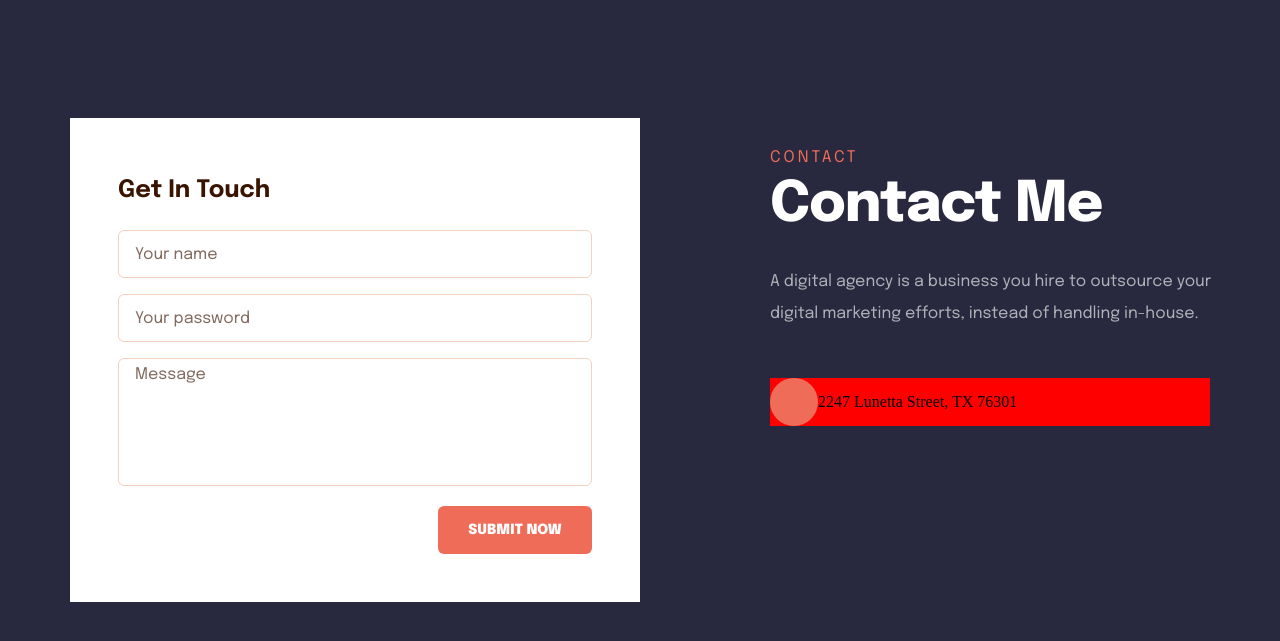
Repository: SabrinaSeydaliyeva/Task-17
Page: pages/contactPage/index.html
The author's editor kept a copy of each file at every save. The page is drawn from the files as they stood at one save, then again after the next save.
The browser window is 1280 px wide. The pictures show the whole page.
The style sheet was rebuilt from its Sass, Less or Tailwind sources for each picture, by a compiler version that may differ from the author's.

Above is the page before, as saved 2023-09-06 15:58:35.

### pages/contactPage/index.html
<!DOCTYPE html>
<html lang="en">
<head>
    <meta charset="UTF-8">
    <meta http-equiv="X-UA-Compatible" content="IE=edge">
    <meta name="viewport" content="width=device-width, initial-scale=1.0">
    <title>Document</title>
    <link rel="stylesheet" href="../../assets/css/reset.css">
    <link rel="stylesheet" href="index.css">
</head>
<body>
    <div class="container">
        <div class="left-container">
            <span>Get In Touch</span>

            <form action="">
                <label for="">
                    <input type="text" placeholder="Your name">
                </label>

                <label for="">
                    <input type="password" placeholder="Your password">
                </label>

                <label for="">
                    <textarea placeholder="Message"  name=""></textarea>

                </label>
                <button>Submit Now</button>

            </form>

        </div>


        <div class="right-container">
            <span>Contact</span>
            <h1>Contact Me</h1>
            <p class="p-1">A digital agency is a business you hire to outsource your digital marketing efforts, instead of handling in-house.</p>

            <ul>
                <li>
                <div class="circle">
                    <!-- <svg xmlns="http://www.w3.org/2000/svg" width="23" height="24" viewBox="0 0 23 24" fill="none">
                        <path fill-rule="evenodd" clip-rule="evenodd" d="M12.5128 23.9559C18.4476 23.4434 22.9991 18.5852 23 12.7619C22.9992 7.68681 19.5202 3.24133 14.5089 1.91219C14.6419 1.45966 14.5495 0.972375 14.2595 0.596433C13.9696 0.220491 13.5157 -0.000396111 13.034 0H9.9675C9.4858 -0.000396111 9.03192 0.220491 8.74193 0.596433C8.45195 0.972375 8.35958 1.45966 8.49253 1.91219C2.74205 3.43556 -0.865618 8.99957 0.179927 14.7325C1.22547 20.4654 6.57793 24.4683 12.5128 23.9559ZM17.4618 6.91176L17.465 6.90994L17.462 6.91144L17.4618 6.91176ZM17.4618 6.91176L9.87551 11.1479L5.53646 18.5674L13.126 14.3294L17.4618 6.91176Z" fill="white"/>
                        </svg> -->
                </div>
                <p>2247 Lunetta Street, TX 76301</p>
                </li>
            </ul>
        </div>

    </div>
</body>
<script src="./index.js"></script>
</html>

### assets/css/reset.scss
*{
    margin: 0;
    padding: 0;
    box-sizing: border-box;
}
a{
    text-decoration: none;
}
button{
    border: none;
}

### pages/contactPage/index.scss
@import url("https://fonts.googleapis.com/css2?family=Epilogue:wght@400;700;800;900&display=swap");

.container {
  width: 100%;
  min-height: 100vh;
  background-color: #28293e;
  display: flex;
  justify-content: center;
  align-items: center;

  .left-container {
    padding: 57px 48px 48px 48px;
    width: 570px;
    background-color: white;

    span {
      display: block;
      margin-bottom: 23px;
      color: var(--Text_Dark, #391400);
      font-feature-settings: "clig" off, "liga" off;
      font-family: Epilogue;
      font-size: 24px;
      font-style: normal;
      font-weight: 700;
      line-height: 32px;
    }
    form {
      input {
        margin-bottom: 16px;
        width: 100%;
        height: 48px;
        padding: 0 16px;
        border-radius: 6px;
        border: 1px solid #f3d1bf;
        background: #fff;
        &::placeholder {
          color: var(--Text_Dark_Gray, rgba(57, 20, 0, 0.64));
          font-feature-settings: "clig" off, "liga" off;
          font-family: Epilogue;
          font-size: 16px;
          font-style: normal;
          font-weight: 400;
          line-height: 32px;
        }
      }

      textarea {
        margin-bottom: 16px;
        width: 100%;
        height: 128px;
        padding: 0 16px;
        border-radius: 6px;
        border: 1px solid #f3d1bf;
        background: #fff;
        resize: none;
        &::placeholder {
          color: var(--Text_Dark_Gray, rgba(57, 20, 0, 0.64));
          font-feature-settings: "clig" off, "liga" off;
          font-family: Epilogue;
          font-size: 16px;
          font-style: normal;
          font-weight: 400;
          line-height: 32px;
        }
      }

      button {
        width: 154px;
        height: 48px;
        margin-left: auto;
        display: block;
        border-radius: 6px;
        background: #ef6d58;
        color: #fff;
        text-align: center;
        font-family: Epilogue;
        font-size: 14px;
        font-style: normal;
        font-weight: 900;
        line-height: normal;
        text-transform: uppercase;
      }
    }
  }

  .right-container {
    padding: 30px 0px 48px 130px;
    width: 570px;
    height: 496px;

    span {
      margin-bottom: 20px;
      color: var(--Text_Light_Accent, #ef6d58);
      font-feature-settings: "clig" off, "liga" off;
      font-family: Epilogue;
      font-size: 16px;
      font-style: normal;
      font-weight: 400;
      line-height: 32px;
      letter-spacing: 3px;
      text-transform: uppercase;
    }

    h1 {
      margin-bottom: 28px;
      color: var(--Text_Light, #fff);
      font-feature-settings: "clig" off, "liga" off;
      font-family: Epilogue;
      font-size: 56px;
      font-style: normal;
      font-weight: 800;
      line-height: 64px;
      letter-spacing: -1px;
    }

    .p-1 {
      margin-bottom: 45px;
      width: 470px;
      height: 67px;
      flex-shrink: 0;
      color: var(--Text_Light_Gray, rgba(255, 255, 255, 0.64));
      font-feature-settings: "clig" off, "liga" off;
      font-family: Epilogue;
      font-size: 16px;
      font-style: normal;
      font-weight: 400;
      line-height: 32px;
    }

    ul {
      li {
        list-style-type: none;
        display: flex;
        align-items: center;
        background-color: red;
        .circle {
          width: 48px;
          height: 48px;
          border-radius: 50%;
          background-color: #ef6d58;
          display: flex;
          justify-content: center;
          align-items: center;
        }
      }
    }
  }
}

Loaded but not shown: pages/contactPage/index.js (no copy from this time; the picture is the same without it)

After the next save:
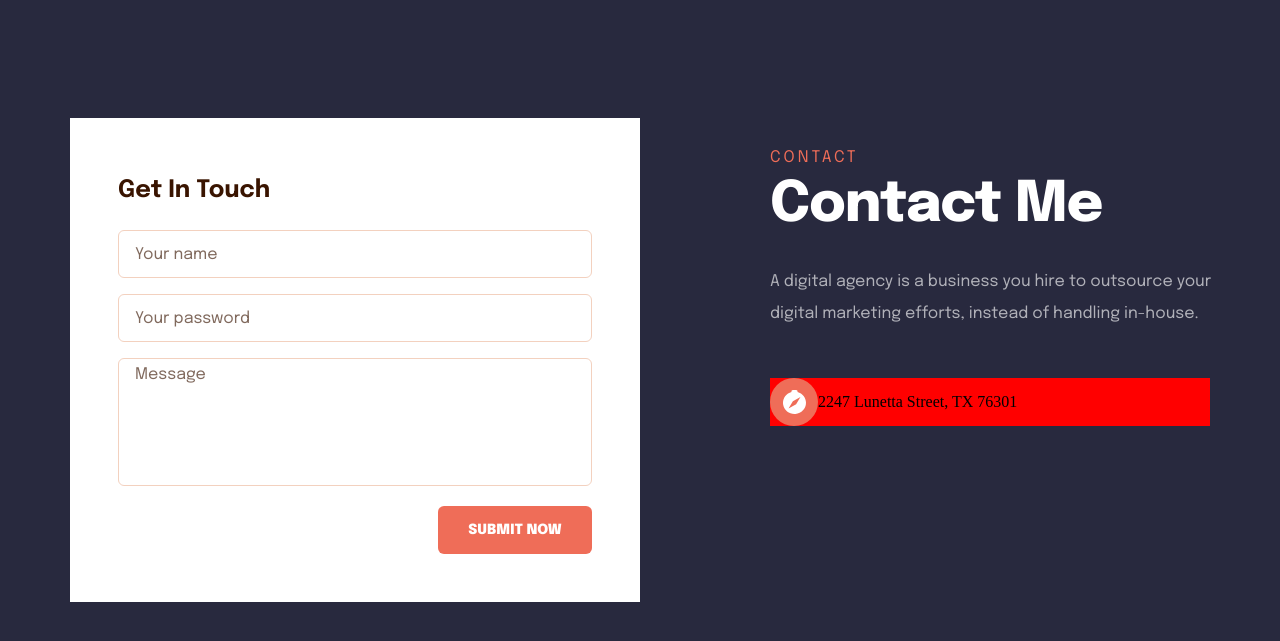
Saved 4 s later.
--- a/pages/contactPage/index.html
+++ b/pages/contactPage/index.html
@@ -41,9 +41,9 @@
             <ul>
                 <li>
                 <div class="circle">
-                    <!-- <svg xmlns="http://www.w3.org/2000/svg" width="23" height="24" viewBox="0 0 23 24" fill="none">
+                    <svg xmlns="http://www.w3.org/2000/svg" width="23" height="24" viewBox="0 0 23 24" fill="none">
                         <path fill-rule="evenodd" clip-rule="evenodd" d="M12.5128 23.9559C18.4476 23.4434 22.9991 18.5852 23 12.7619C22.9992 7.68681 19.5202 3.24133 14.5089 1.91219C14.6419 1.45966 14.5495 0.972375 14.2595 0.596433C13.9696 0.220491 13.5157 -0.000396111 13.034 0H9.9675C9.4858 -0.000396111 9.03192 0.220491 8.74193 0.596433C8.45195 0.972375 8.35958 1.45966 8.49253 1.91219C2.74205 3.43556 -0.865618 8.99957 0.179927 14.7325C1.22547 20.4654 6.57793 24.4683 12.5128 23.9559ZM17.4618 6.91176L17.465 6.90994L17.462 6.91144L17.4618 6.91176ZM17.4618 6.91176L9.87551 11.1479L5.53646 18.5674L13.126 14.3294L17.4618 6.91176Z" fill="white"/>
-                        </svg> -->
+                        </svg>
                 </div>
                 <p>2247 Lunetta Street, TX 76301</p>
                 </li>
